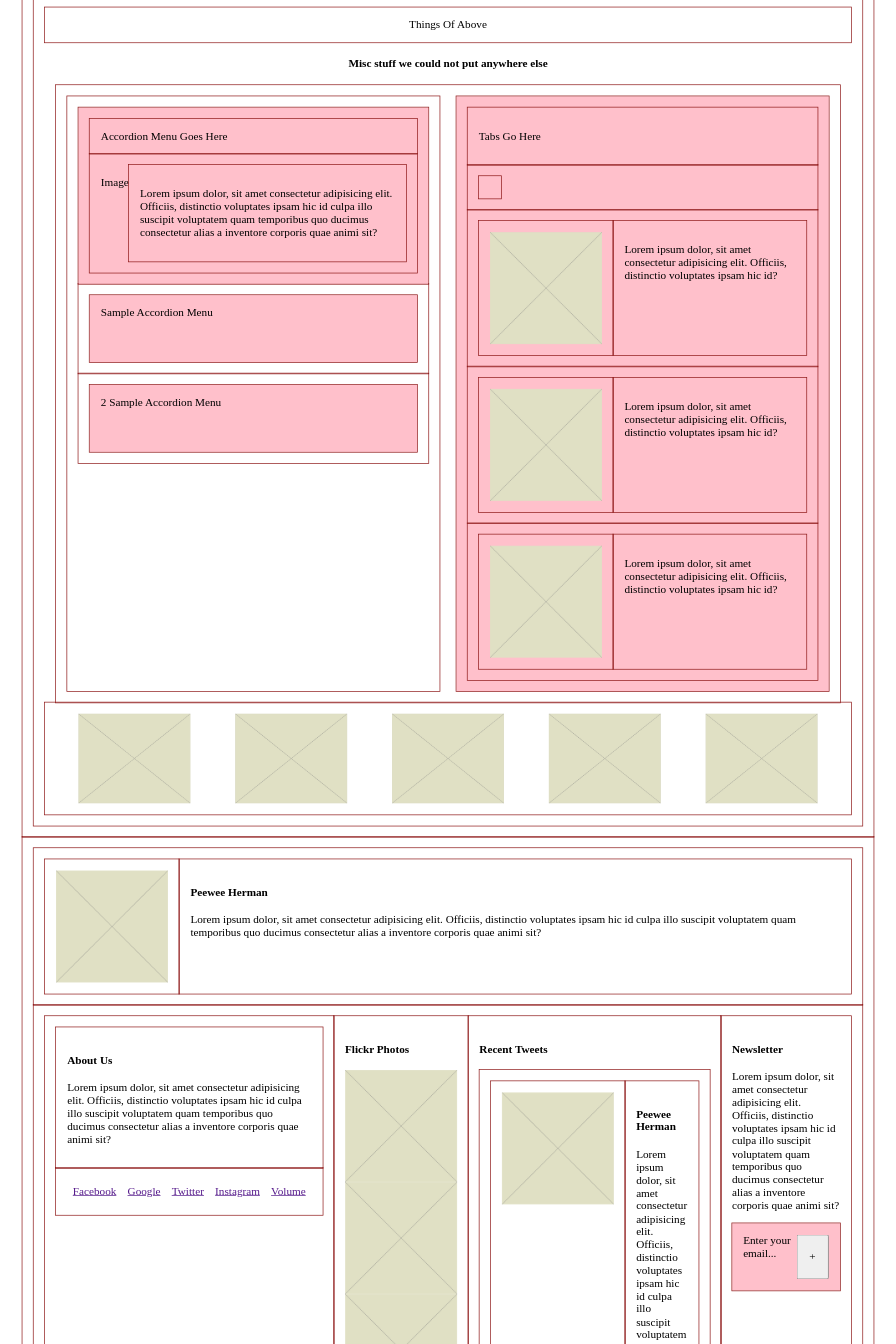
Repository: kionale/Project1_Lab3_ResponsiveLayout
Page: index.html
These files come from the project's save history. The page is drawn as it stood at one moment and after a run of saves; the edit follows.
The browser window is 1280 px wide. The pictures show the part of the page from y = 3782 to 5702 px (the page is 6629 px tall before and 6647 px after), at 70% of full size.

Above is the page before, as saved 2023-01-31 17:11:22.

After the next 2 saves:
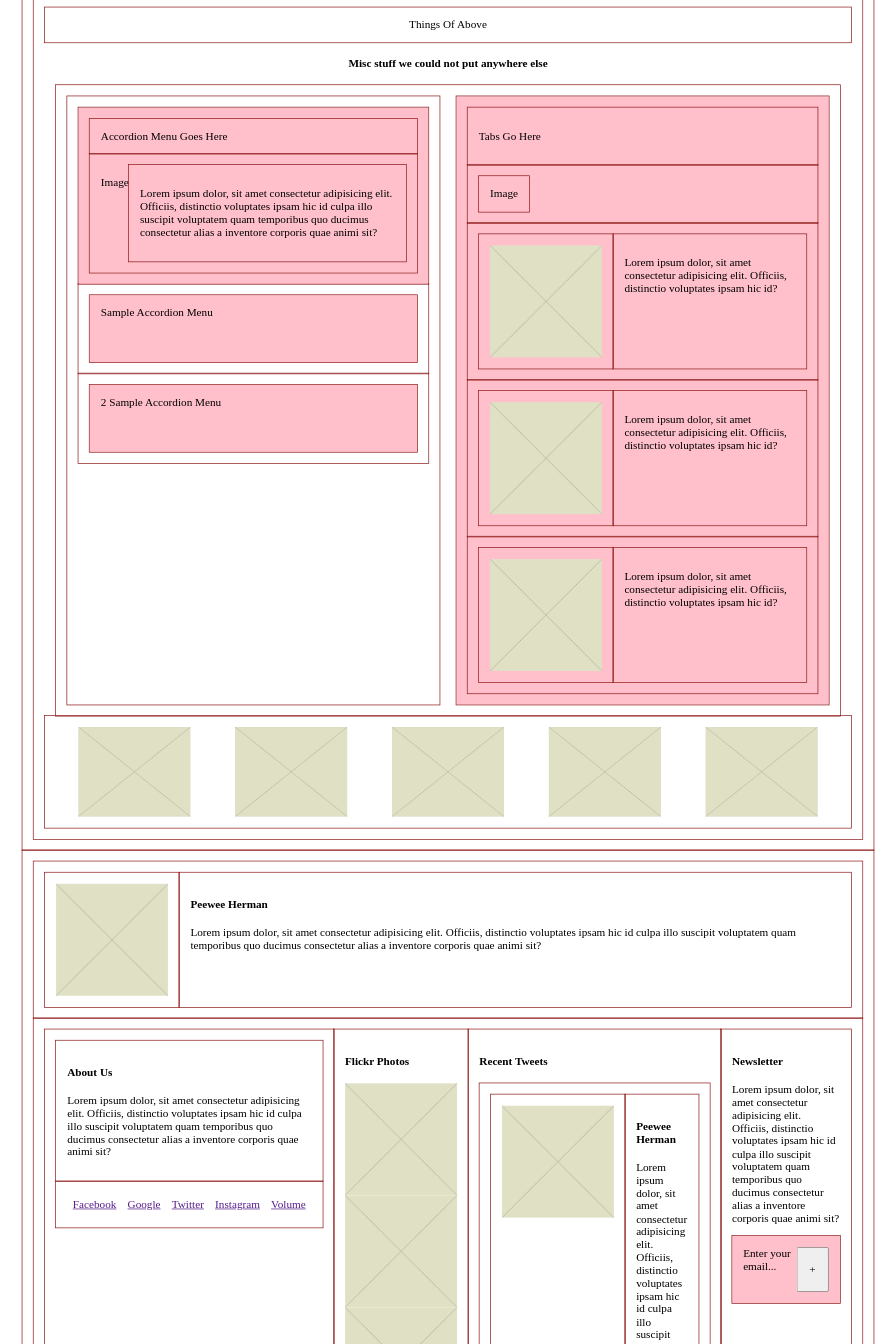
The 2 saves are shown as one change because they came seconds apart.
The last was saved 8 s later.
--- a/index.html
+++ b/index.html
@@ -227,9 +227,8 @@
             <p>Tabs Go Here</p>
           </div>
           <div class="tab__information">
-
-            <div>
-
+            <div>
+        Image
             </div>
           </div>
           <div class="tab__information">
